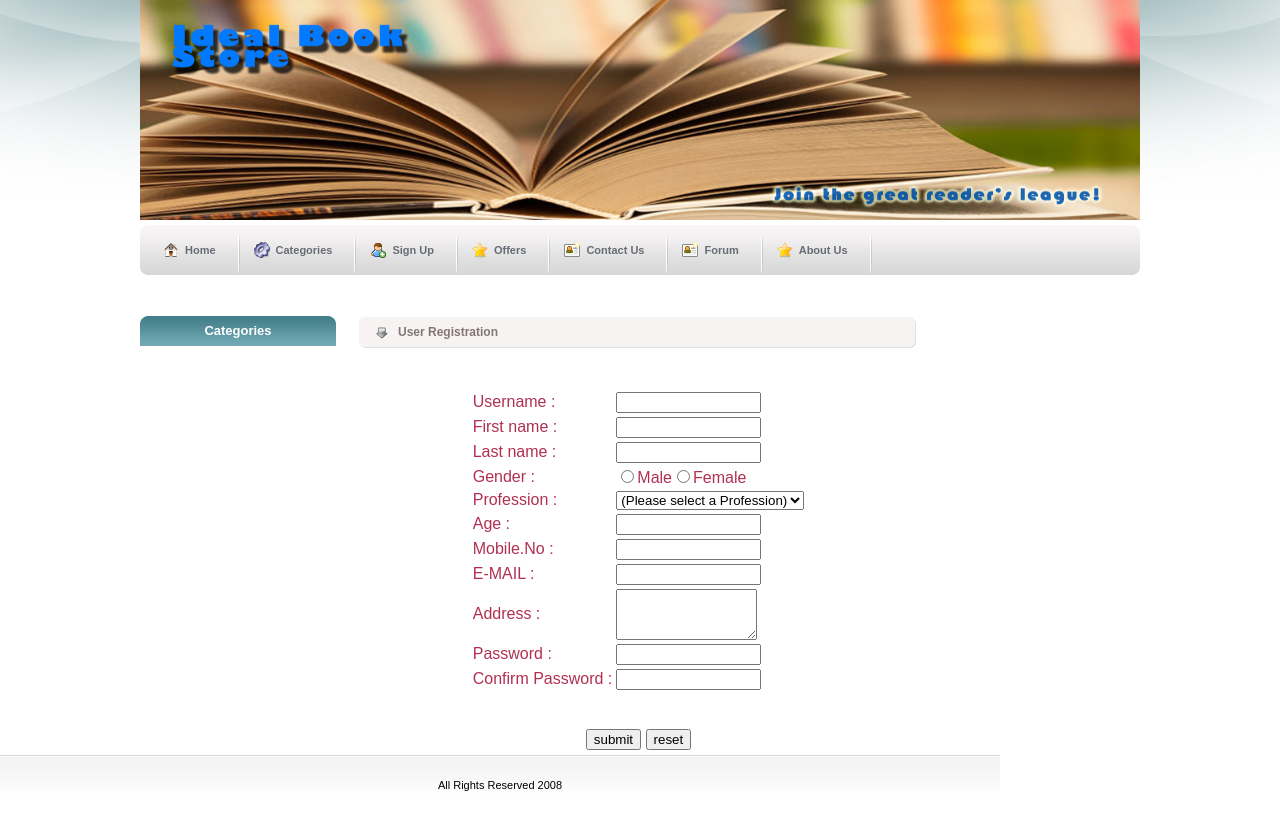
Repository: tusharjain887/Online-Book-Sales
Page: http://localhost/OnlineBook/registration.jsp
These files come from the project's save history. The page is drawn as it stood at one moment and after the next save; the edit follows.
The browser window is 1280 px wide. The pictures show the whole page.
The page is served by Tomcat 9. Queries for data that is not in the repository find no rows.

Above is the page before, as saved 2013-04-09 12:34:18.

After the next save:
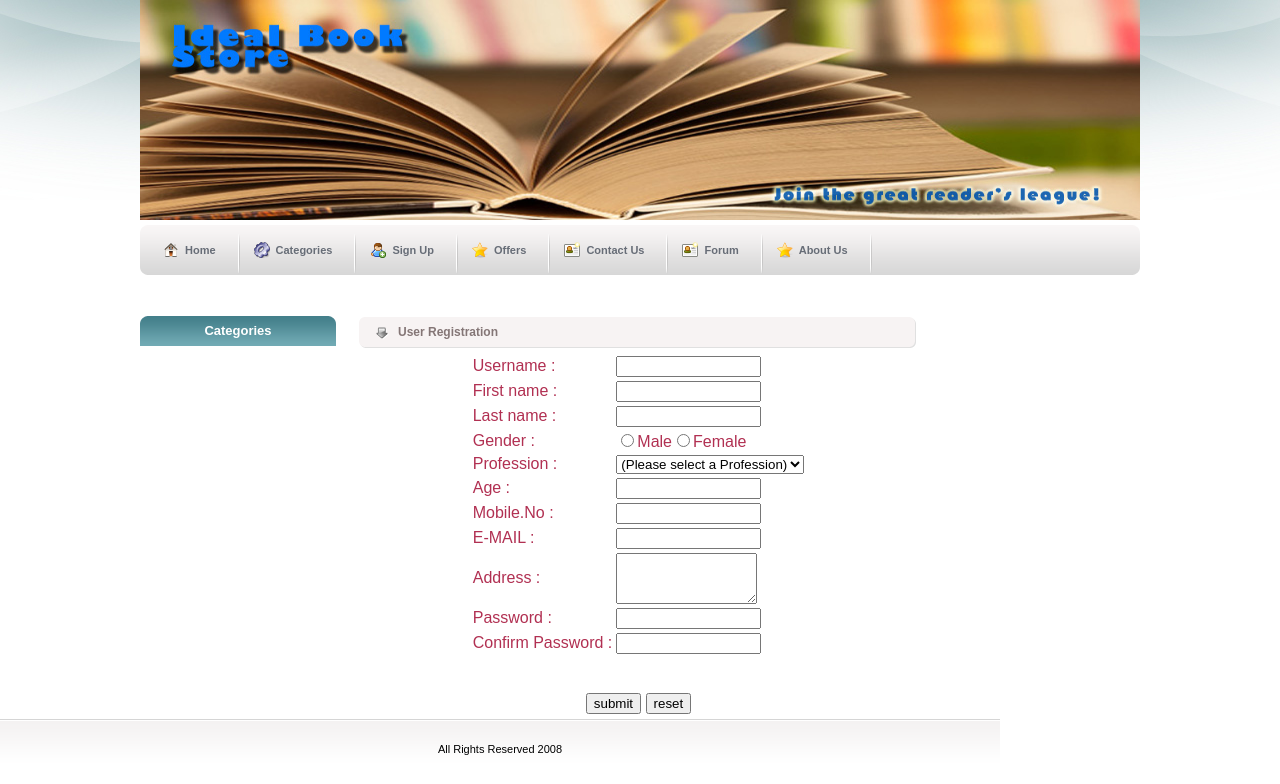
Saved 40 s later.
--- a/PROJECT/workspace/workspace/OnlineBook/WebContent/registration.jsp
+++ b/PROJECT/workspace/workspace/OnlineBook/WebContent/registration.jsp
@@ -250,13 +250,11 @@ return true;
       <form name="myForm" action="registration1.jsp" method="post" onsubmit="return formValidation()">
       <center>
 <table>
-</br></br>
-
 <h3>
 <tr>
 <td style="margin-bottom: 5px;">Username        : </td>
 <td style="margin-bottom: 5px;"><input type=text name="username" size=15></td>
-</tr></br>
+</br></tr>
 <tr>
 <td style="margin-bottom: 5px;">First name         : </td>
 <td style="margin-bottom: 5px;"><input type=text name="name" size=15></td>
